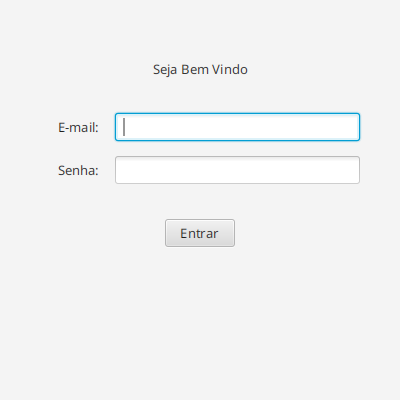
Repository: AlanVidalll/Curso-Java-Completo
Program's window: java exercicios-javafx/fxml/AppFXML.java
These files come from the project's save history. The program's window is drawn as it stood at one moment and after the next save; the edit follows.
It runs on Java 21 on a 1366 x 768 screen with JavaFX 11; the title bar is not drawn.

Above is the program's window before, as saved 2020-04-11 20:53:38.

After the next save:
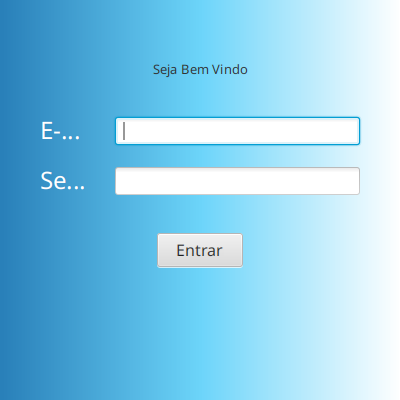
Saved 32 s later.
--- a/exercicios-javafx/fxml/AppFXML.java
+++ b/exercicios-javafx/fxml/AppFXML.java
@@ -14,12 +14,12 @@
 	public void start(Stage primaryStage) throws Exception {
 
 
-		//String arquivoCSS = getClass().getResource("/fxml/Login.css").toExternalForm();
+		String arquivoCSS = getClass().getResource("/fxml/login.css").toExternalForm();
 		URL arquivoFXML = getClass().getResource("/fxml/Login.fxml");
 		GridPane raiz = FXMLLoader.load(arquivoFXML);
 
 		Scene cena = new Scene(raiz,400,400);
-		//cena.getStylesheets().add(arquivoCSS);
+		cena.getStylesheets().add(arquivoCSS);
 
 		primaryStage.setResizable(false);
 		primaryStage.setTitle("Tela de Login");
